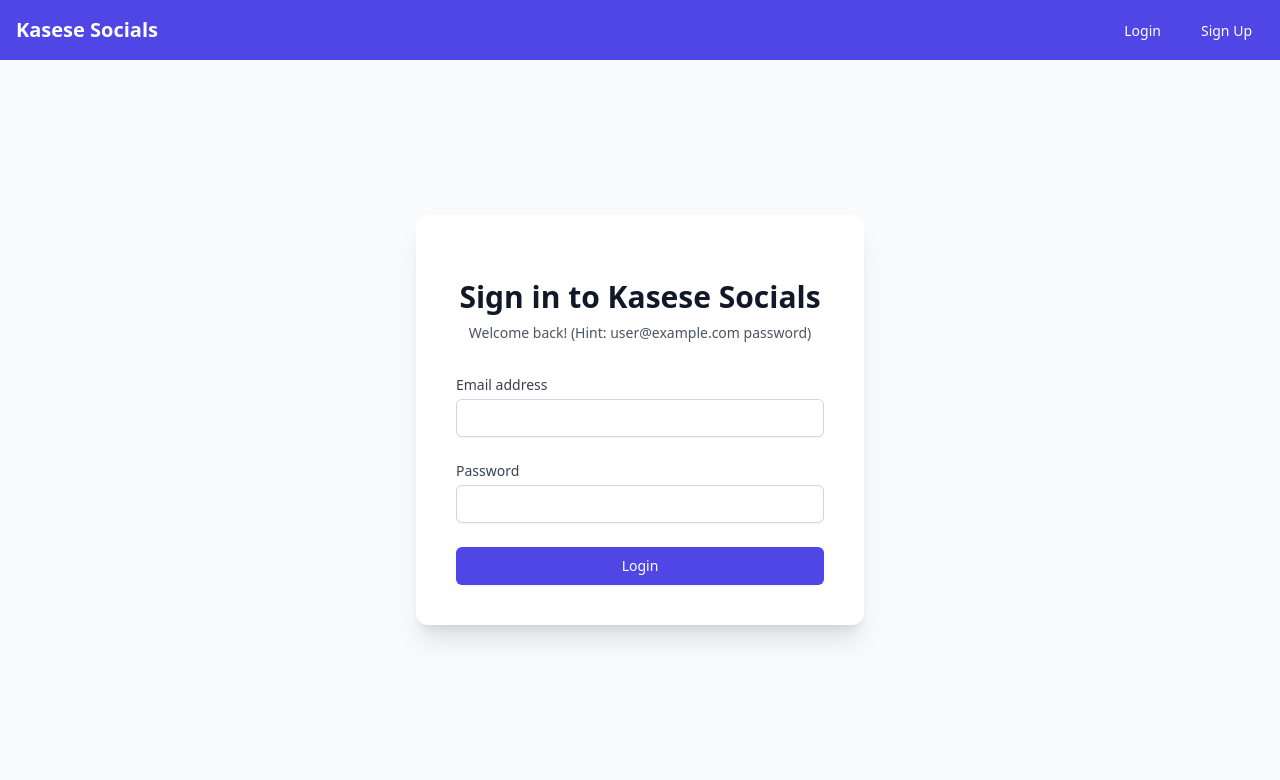
Repository: gkintu/odin-kasese-socials
Page: /login
The author's editor kept a copy of each file at every save. The page is drawn from the files as they stood at one save, then again after the next save.
The browser window is 1280 px wide. The pictures show the whole page.
The project was rebuilt for these pictures with package versions that can differ from the ones it lists, and the page was loaded fresh each time. The framework's server and built-in components were replaced by stand-ins that run in the browser. Also part of the build but not shown: next.config.ts.

Above is the page before, as saved 2025-05-12 08:54:44.

### src/app/layout.tsx
import type { Metadata } from 'next';
import { Geist, Geist_Mono } from 'next/font/google';
import './globals.css';
import Navbar from '@/components/layout/Navbar'; // Import our Navbar component

const geistSans = Geist({
  variable: '--font-geist-sans',
  subsets: ['latin'],
});

const geistMono = Geist_Mono({
  variable: '--font-geist-mono',
  subsets: ['latin'],
});

export const metadata: Metadata = {
  title: 'Kasese Socials', // Application title
  description: 'Connect and share with your community.', // Application description
};

export default function RootLayout({
  children,
}: Readonly<{
  children: React.ReactNode;
}>) {
  return (
    <html lang="en">
      <body className={`${geistSans.variable} ${geistMono.variable}`}>
        {/* Render the Navbar at the top of every page */}
        <Navbar />
        {/* Main content area for pages */}
        <main>{children}</main>
        {/* You could add a Footer component here later */}
      </body>
    </html>
  );
}

### src/app/login/page.tsx
// src/app/login/page.tsx
'use client'; // Needed because we handle form submission state/logic here,
// and LoginForm is interactive.

import React from 'react';
import LoginForm from '@/components/Auth/LoginForm'; // Adjust path if necessary
import { SubmitHandler } from 'react-hook-form'; // For typing form data
import { useAuthStore } from '@/lib/store/authStore'; // Import the auth store hook
import { useRouter } from 'next/navigation'; // Import useRouter

// Define the type for login form values (can be shared or re-defined)
type LoginFormValues = {
  email: string;
  password: string;
};

// Define the LoginPage functional component
const LoginPage: React.FC = () => {
  const { loginRequest, loginSuccess, loginFailure, isLoading, error } =
    useAuthStore(); // Get actions from the auth store
  const router = useRouter(); // Get router instance

  const handleLogin: SubmitHandler<LoginFormValues> = async (data) => {
    loginRequest(); // Dispatch loginRequest action to set isLoading to true

    // Simulate an API call
    console.log('Attempting Kasese Socials Login with:', data);
    await new Promise((resolve) => setTimeout(resolve, 1500)); // Simulate network delay

    // Dummy validation: In a real app, this comes from the backend response
    if (data.email === 'user@example.com' && data.password === 'password') {
      loginSuccess(data.email); // Dispatch loginSuccess with email
      router.push('/'); // Redirect to homepage
    } else {
      loginFailure('Invalid email or password.'); // Dispatch loginFailure with error message
      // The error message will be displayed below
    }
  };

  return (
    // Main container with Tailwind styling for centering content
    <div className="min-h-screen flex flex-col items-center justify-center bg-gray-50 py-12 px-4 sm:px-6 lg:px-8">
      {/* Inner container for the form, with styling */}
      <div className="max-w-md w-full space-y-8 p-10 bg-white shadow-xl rounded-xl">
        <div>
          {/* Page title */}
          <h2 className="mt-6 text-center text-3xl font-extrabold text-gray-900">
            Sign in to Kasese Socials
          </h2>
          {/* Sub-text */}
          <p className="mt-2 text-center text-sm text-gray-600">
            Welcome back! (Hint: user@example.com password)
          </p>
        </div>
        {/* Render the LoginForm component, passing the handleLogin handler */}
        <LoginForm onSubmit={handleLogin} />
        {/* Display loading state */}
        {isLoading && (
          <p className="mt-4 text-center text-sm text-blue-600">
            Logging in...
          </p>
        )}
        {/* Display error message from the store */}
        {error && !isLoading && (
          <p className="mt-4 text-center text-sm text-red-600" role="alert">
            Login failed: {error}
          </p>
        )}
        {/* Optionally, show a success message here too if not redirecting immediately */}
      </div>
    </div>
  );
};

export default LoginPage;

### src/components/layout/Navbar.tsx
// src/components/layout/Navbar.tsx
'use client'; // This component uses client-side hooks (useAuthStore)

import React from 'react';
import Link from 'next/link'; // For client-side navigation
import { useAuthStore } from '@/lib/store/authStore'; // Our Zustand auth store

const Navbar: React.FC = () => {
  // Get authentication state and actions from the store
  const { isAuthenticated, userEmail, logout } = useAuthStore();

  // Handler for the logout button
  const handleLogout = () => {
    logout(); // Call the logout action from the store
    // Optionally, redirect the user or show a notification
    // For now, the store handles state change, and alert was in previous component
  };

  return (
    // Basic navbar styling with Tailwind CSS
    <nav className="bg-indigo-600 text-white p-4 shadow-md">
      <div className="container mx-auto flex justify-between items-center">
        {/* Logo/Brand Name - links to homepage */}
        <Link href="/" className="text-xl font-bold hover:text-indigo-200">
          Kasese Socials
        </Link>

        {/* Navigation links based on authentication state */}
        <div className="space-x-4">
          {isAuthenticated ? (
            // If authenticated, show user email and Logout button
            <>
              {userEmail && (
                // Display user's email
                <span className="mr-4">Welcome, {userEmail}</span>
              )}
              {/* Logout button */}
              <button
                onClick={handleLogout}
                className="px-3 py-2 rounded-md text-sm font-medium hover:bg-indigo-700 focus:outline-none focus:ring-2 focus:ring-offset-2 focus:ring-offset-indigo-600 focus:ring-white"
              >
                Logout
              </button>
              {/* Optionally, add a link to a dashboard or profile */}
              <Link
                href="/dashboard"
                className="px-3 py-2 rounded-md text-sm font-medium hover:bg-indigo-700"
              >
                Dashboard
              </Link>
            </>
          ) : (
            // If not authenticated, show Login and Sign Up links
            <>
              <Link
                href="/login"
                className="px-3 py-2 rounded-md text-sm font-medium hover:bg-indigo-700"
              >
                Login
              </Link>
              <Link
                href="/signup"
                className="px-3 py-2 rounded-md text-sm font-medium hover:bg-indigo-700"
              >
                Sign Up
              </Link>
            </>
          )}
        </div>
      </div>
    </nav>
  );
};

export default Navbar;

### src/components/Auth/LoginForm.tsx
// src/components/Auth/LoginForm.tsx
import React from 'react';
import { useForm, SubmitHandler } from 'react-hook-form';

// Define a specific type for the form values
type LoginFormValues = {
  email: string;
  password: string;
};

// Update the props interface to use SubmitHandler from react-hook-form
interface LoginFormProps {
  onSubmit: SubmitHandler<LoginFormValues>; // SubmitHandler is a RHF type for the submit function
}

// Define the LoginForm functional component
const LoginForm: React.FC<LoginFormProps> = ({ onSubmit }) => {
  // Destructure errors from formState
  const {
    register,
    handleSubmit,
    formState: { errors },
  } = useForm<LoginFormValues>({
    mode: 'onSubmit', // Validate on submit
    reValidateMode: 'onChange', // Validate on change after the first submission attempt
  });

  return (
    <form onSubmit={handleSubmit(onSubmit)} className="space-y-6 w-full">
      <div>
        <label
          htmlFor="email"
          className="block text-sm font-medium text-gray-700"
        >
          Email address
        </label>
        <input
          type="email"
          id="email"
          className="mt-1 block w-full px-3 py-2 border border-gray-300 rounded-md shadow-sm placeholder-gray-400 focus:outline-none focus:ring-indigo-500 focus:border-indigo-500 sm:text-sm"
          // Register email input with validation rules
          {...register('email', {
            required: 'Email is required', // Rule: email is required
            pattern: {
              // Rule: email should match a basic email pattern
              value: /^[A-Z0-9._%+-]+@[A-Z0-9.-]+\.[A-Z]{2,}$/i,
              message: 'Invalid email format',
            },
          })}
          // Accessibility: mark input as invalid if there's an error
          aria-invalid={errors.email ? 'true' : 'false'}
        />
        {/* Display error message for email field if it exists */}
        {errors.email && (
          <p className="mt-2 text-sm text-red-600" role="alert">
            {errors.email.message}
          </p>
        )}
      </div>

      <div>
        <label
          htmlFor="password"
          className="block text-sm font-medium text-gray-700"
        >
          Password
        </label>
        <input
          type="password"
          id="password"
          className="mt-1 block w-full px-3 py-2 border border-gray-300 rounded-md shadow-sm placeholder-gray-400 focus:outline-none focus:ring-indigo-500 focus:border-indigo-500 sm:text-sm"
          // Register password input with validation rules
          {...register('password', {
            required: 'Password is required', // Rule: password is required
          })}
          // Accessibility: mark input as invalid if there's an error
          aria-invalid={errors.password ? 'true' : 'false'}
        />
        {/* Display error message for password field if it exists */}
        {errors.password && (
          <p className="mt-2 text-sm text-red-600" role="alert">
            {errors.password.message}
          </p>
        )}
      </div>

      <div>
        <button
          type="submit"
          className="w-full flex justify-center py-2 px-4 border border-transparent rounded-md shadow-sm text-sm font-medium text-white bg-indigo-600 hover:bg-indigo-700 focus:outline-none focus:ring-2 focus:ring-offset-2 focus:ring-indigo-500"
        >
          Login
        </button>
      </div>
    </form>
  );
};

// Export the component for use in other parts of the application
export default LoginForm;

### src/lib/store/authStore.ts
// src/lib/store/authStore.ts
import { create } from 'zustand'; // Import the create function from Zustand

// Define the interface for the authentication state
interface AuthState {
  isAuthenticated: boolean; // Is the user currently authenticated?
  userEmail: string | null; // Email of the authenticated user, or null if not logged in
  isLoading: boolean; // Is an authentication request (e.g., login) in progress?
  error: string | null; // Stores any authentication error messages
  loginRequest: () => void; // Action to set loading state for login
  loginSuccess: (email: string) => void; // Action to handle successful login
  loginFailure: (errorMessage: string) => void; // Action to handle failed login
  logout: () => void; // Action to handle user logout
  isGuest: boolean; // Is the user currently browsing as a guest?
  loginAsGuest: () => void; // Action to start a guest session
}

// Create the Zustand store for authentication
export const useAuthStore = create<AuthState>((set) => ({
  // Initial state values
  isAuthenticated: false, // User is not authenticated initially
  userEmail: null, // No user email initially
  isLoading: false, // Not loading initially
  error: null, // No error initially
  isGuest: false, // Initialize isGuest to false

  // Action to indicate a login attempt has started
  loginRequest: () => set({ isLoading: true, error: null, isGuest: false }),

  // Action to handle successful login
  // Sets isAuthenticated to true, stores userEmail, and resets isLoading
  loginSuccess: (email) =>
    set({
      isAuthenticated: true,
      userEmail: email,
      isLoading: false,
      error: null,
    }),

  // Action to handle failed login
  // Sets isAuthenticated to false, stores the error message, and resets isLoading
  loginFailure: (errorMessage) =>
    set({
      isAuthenticated: false,
      userEmail: null,
      isLoading: false,
      error: errorMessage,
      isGuest: false,
    }),

  // Action to handle user logout
  // Resets isAuthenticated and userEmail to their initial states
  logout: () =>
    set({
      isAuthenticated: false,
      userEmail: null,
      isGuest: false, // Ensure isGuest is false on logout
      isLoading: false,
      error: null,
    }),

  // Action to handle starting a guest session
  loginAsGuest: () =>
    set({
      isAuthenticated: false, // Guest is not a fully authenticated user
      userEmail: null, // No email for guest users
      isGuest: true, // Set isGuest to true
      isLoading: false, // Not loading during guest session
      error: null, // No error during guest session
    }),
}));

### tailwind.config.js
// tailwind.config.js
/** @type {import('tailwindcss').Config} */
module.exports = {
  content: [
    './src/app/**/*.{js,ts,jsx,tsx,mdx}',
    './src/components/**/*.{js,ts,jsx,tsx,mdx}',
    // If you plan to have components in other directories, like a 'features' folder, add them here:
    // "./src/features/**/*.{js,ts,jsx,tsx,mdx}",
  ],
  theme: {
    extend: {},
  },
  plugins: [],
};

Loaded but not shown: src/app/globals.css (common file)

After the next save:
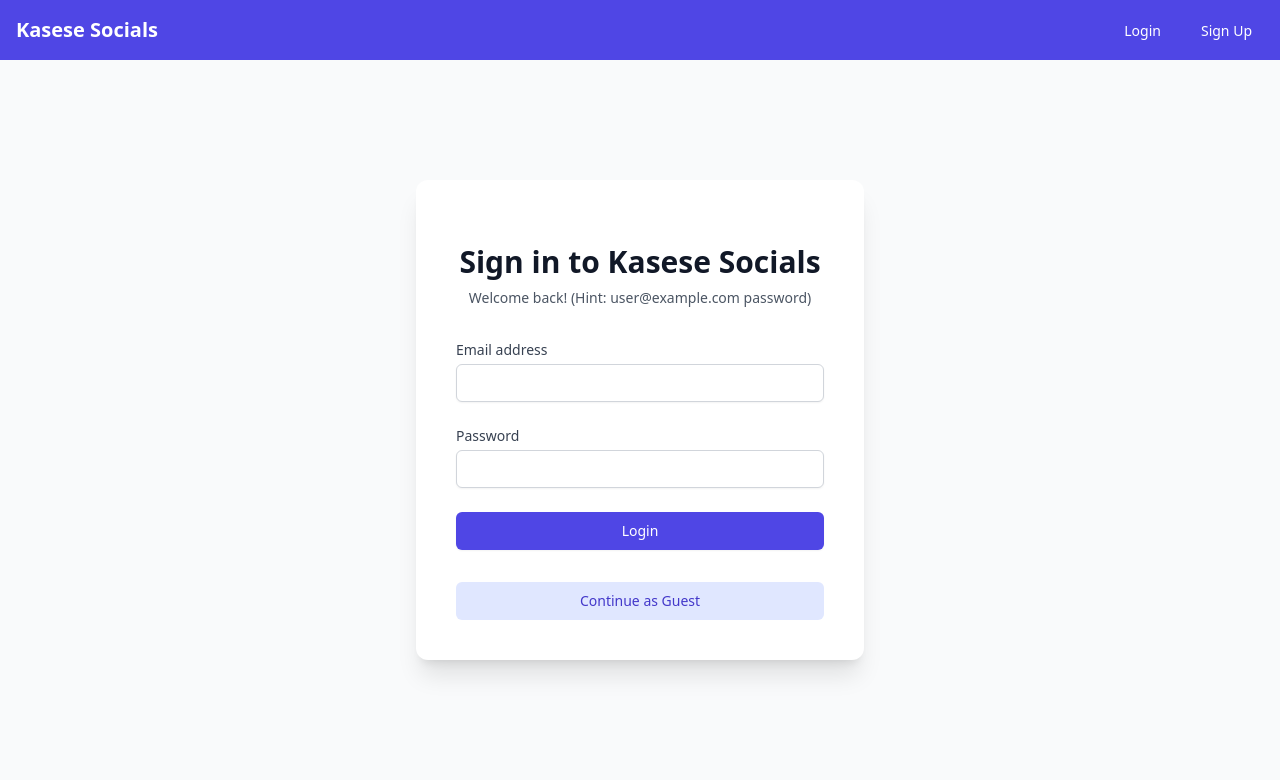
Saved 5 min 34 s later.
--- a/src/app/login/page.tsx
+++ b/src/app/login/page.tsx
@@ -16,8 +16,14 @@ type LoginFormValues = {
 
 // Define the LoginPage functional component
 const LoginPage: React.FC = () => {
-  const { loginRequest, loginSuccess, loginFailure, isLoading, error } =
-    useAuthStore(); // Get actions from the auth store
+  const {
+    loginRequest,
+    loginSuccess,
+    loginFailure,
+    loginAsGuest,
+    isLoading,
+    error,
+  } = useAuthStore(); // Get actions from the auth store
   const router = useRouter(); // Get router instance
 
   const handleLogin: SubmitHandler<LoginFormValues> = async (data) => {
@@ -30,11 +36,18 @@ const LoginPage: React.FC = () => {
     // Dummy validation: In a real app, this comes from the backend response
     if (data.email === 'user@example.com' && data.password === 'password') {
       loginSuccess(data.email); // Dispatch loginSuccess with email
-      router.push('/'); // Redirect to homepage
+      alert(`Login successful for ${data.email}!`); // Show success alert
+      router.push('/dashboard'); // Redirect to dashboard
     } else {
       loginFailure('Invalid email or password.'); // Dispatch loginFailure with error message
       // The error message will be displayed below
     }
+  };
+
+  const handleGuestLogin = () => {
+    loginAsGuest(); // Dispatch loginAsGuest action
+    alert('Browse as Guest.'); // Show guest alert
+    router.push('/'); // Redirect to homepage
   };
 
   return (
@@ -54,6 +67,15 @@ const LoginPage: React.FC = () => {
         </div>
         {/* Render the LoginForm component, passing the handleLogin handler */}
         <LoginForm onSubmit={handleLogin} />
+        {/* Guest login button */}
+        <div className="mt-6">
+          <button
+            onClick={handleGuestLogin}
+            className="group relative w-full flex justify-center py-2 px-4 border border-transparent text-sm font-medium rounded-md text-indigo-700 bg-indigo-100 hover:bg-indigo-200 focus:outline-none focus:ring-2 focus:ring-offset-2 focus:ring-indigo-500"
+          >
+            Continue as Guest
+          </button>
+        </div>
         {/* Display loading state */}
         {isLoading && (
           <p className="mt-4 text-center text-sm text-blue-600">
